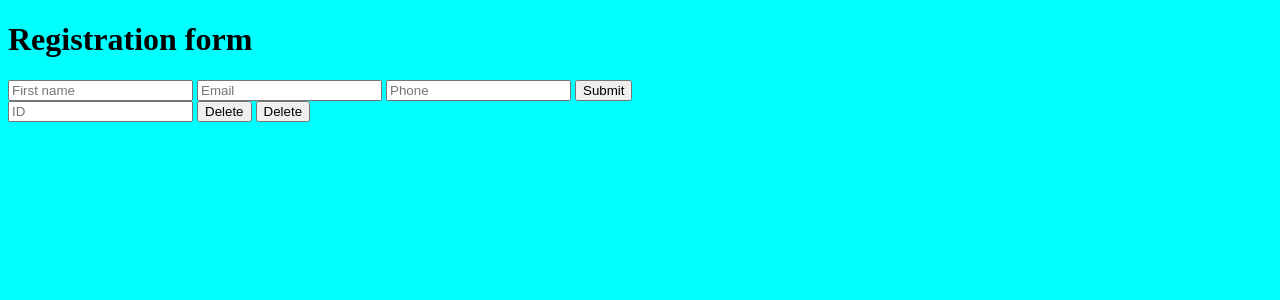
Repository: mediumrtp/CRUD
Page: index.html
An editor plug-in stored every save of this project. The page is shown before and after the next save, followed by the edit.
The browser window is 1280 px wide. The pictures show the whole page.

Above is the page before, as saved 2022-11-15 11:04:04.

### index.html
<!DOCTYPE html>
<html>

<head>
    <link rel="stylesheet" type="text/css" href="css/style.css">
</head>

<body>
    <h1 class="heading">Registration form</h1>
    <form class="form" action="/add_user" method="POST">
        <input type="text" name="empName" placeholder="First name" required>
        <input type="email" name="empEmail" placeholder="Email" required>
        <input type="text" name="empMobile" placeholder="Phone" required>
        <input type="submit" value="Submit">
    </form>
    <form class="delete" action="/delete" method="POST">
        <input type="text" name="id" placeholder="ID" required>
        <button class="button" type="submit">Delete</button>
        <input type="submit" value="Delete">
    </form>
</body>

</html>

### style.css
body {
    background-color: aqua;
}

.h1 {
    color: red
}

After the next save:
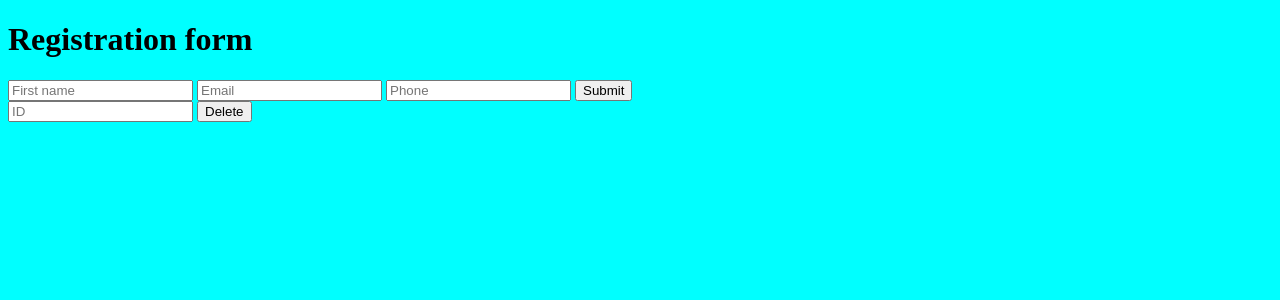
Saved 16 s later.
--- a/index.html
+++ b/index.html
@@ -15,7 +15,6 @@
     </form>
     <form class="delete" action="/delete" method="POST">
         <input type="text" name="id" placeholder="ID" required>
-        <button class="button" type="submit">Delete</button>
         <input type="submit" value="Delete">
     </form>
 </body>
